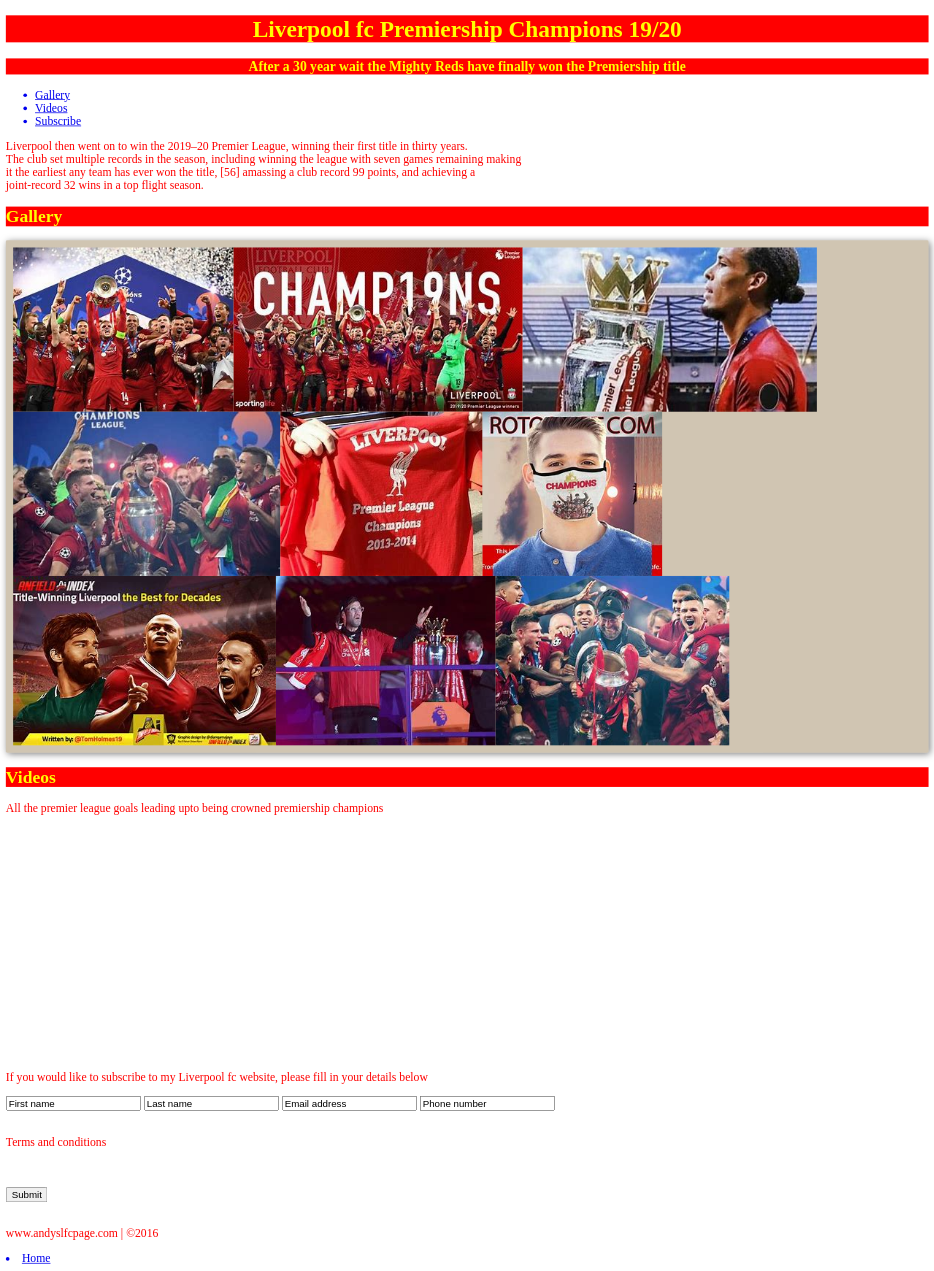
Repository: andyd71/HTML_and_CSS
Page: one_page_website/One_Page_Website.html
An editor plug-in stored every save of this project. The page is shown before and after the next save, followed by the edit.
The browser window is 1280 px wide. The pictures show the whole page, at 73% of full size.
Pictures or frames that could not be fetched are drawn as grey boxes.

Above is the page before, as saved 2020-10-09 13:07:33.

### one_page_website/One_Page_Website.html
<!DOCTYPE html>
<html lang="en">
<head>
<meta charset="utf-8">
<title>My LFC webpage</title>
<link rel = "stylesheet" type = "text/CSS" href = "./css/One_Page_Website.css">
</head>
<body>
<div id="home">
<header>
<h1>Liverpool fc Premiership Champions 19/20 </h1>
<h3>After a 30 year wait the Mighty Reds have finally won the Premiership title</h3>
</header>
<!--NAV-->

</div>
<div>
<ul>
<a href="#gallery"><li>Gallery</li>
<a href="#videos"><li>Videos</li>
<a href="#subscription"><li>Subscribe</li></a>
</ul>
</div>
<!--END NAV-->
<!--HOME-->
<div id="home">
<p>Liverpool then went on to win the 2019–20 Premier League, winning their first title in thirty years.<br>
 The club set multiple records in the season, including winning the league with seven games remaining making<br>
 it the earliest any team has ever won the title, [56] amassing a club record 99 points, and achieving a <br>
 joint-record 32 wins in a top flight season.</p>
 </div>
 <!--END HOME-->
 <!--GALLERY-->
 <h2>Gallery</h2>
 <div id="gallery">
    <div id="flex-container">

 <img src="./images/lfc1.jpeg" alt="lfc celebrations"></img><br>
 <img src="./images/lfc2.jpeg" alt="lfc celebrations2"></img><br>
 <img src="./images/lfc3.jpeg" alt="van dyk and trophy"></img><br>
 <img src="./images/lfc4.jpeg" alt="jurgen klopp"></img><br>
 <img src="./images/lfc5.jpeg" alt="lfc t shirt"></img><br>
 <img src="./images/lfc6.jpeg" alt="lfc face mask"></img><br>
 <img src="./images/lfc7.jpeg" alt="lfc trio"></img><br>
 <img src="./images/lfc8.jpeg" alt="jurgen klopp 2"></img><br>
 <img src="./images/lfc9.jpeg" alt="jurgen klopp 3"></img><br>
</div>
</div>
 <!--END GALLERY-->
 <!--VIDEO-->
 <div id="videos">
 <h2>Videos</h2>
 <p>All the premier league goals leading upto being crowned premiership champions</p>
 <iframe width="560" height="315" src="https://www.bing.com/videos/search?q=lfc+premier+league+champions&&view=detail&mid=1A960A4E3B330AA705841A960A4E3B330AA70584&&FORM=VRDGAR&ru=%2Fvideos%2Fsearch%3Fq%3Dlfc%2Bpremier%2Bleague%2Bchampions%26qs%3DAS%26form%3DQBVLPG%26sp%3D1%26pq%3Dlfc%2Bpremier%26sc%3D8-11%26cvid%3DD1CF79B54EFC4960A0E7F0BA9E0FD3FC" frameborder="0" allow="accelerometer; encrypted-media; gyroscope; picture-in-picture" allowfullscreen></iframe>
 </div>
<!--END VIDEO-->
<!--SUBSCRIPTION-->
<div id="subscription">
<p>If you would like to subscribe to my Liverpool fc website, please fill in your details below</p>

<form action="" method="post">
<input class="subscription" type="text" value="First name">
<input class="subscription" type="text" value="Last name">
<input class="subscription" type="text" value="Email address">
<input class="subscription" type="text" value="Phone number"><br><br>
<label class="terms"><p>Terms and conditions</p></label><br><br>
<input type="submit" value="Submit"><br><br>
</form>
</div>
<!--END SUBSCRIPTION-->

<!--FOOTER-->
<footer>
<div>
<p>www.andyslfcpage.com&nbsp;|&nbsp;&copy;2016</p>


</div>
<a href="#home" id="link"><li>Home</li>
</footer>
<!--END FOOTER-->

### one_page_website/css/One_page_website.css
h1 {
	color : yellow;
	text-align : center;
	font-weight : bold;
	background : red;
}
h3 {
	color : yellow;
	text-align : center;
	background : red;
}
h2 {
	color : yellow;
	background : red;
}
p  {
	color : red

}

#flex-container {
	display: -webkit-flex;
    display: flex;
    flex-wrap: wrap;
    padding: 10px;
    border-radius: 2px;
	margin: 0px auto;
	background-color: rgba(100, 65, 0, .3);
    box-shadow: 2px 2px 10px 0 rgba(0, 0, 0, 0.5);
}

.flex-container img {
	border: 3px solid red;
	width: 260px;
	height: 180px;
	border-radius: 8px;
}

After the next save:
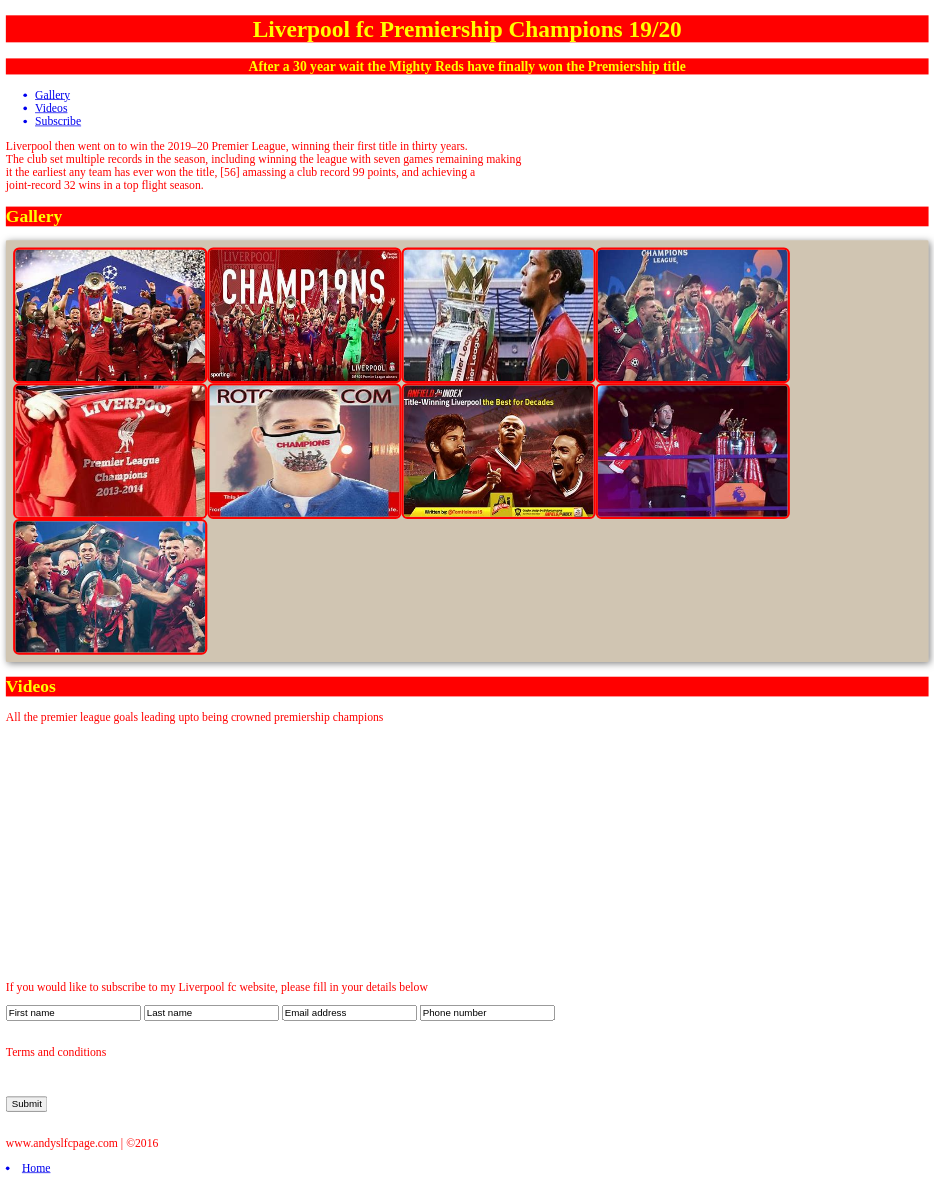
Saved 30 s later.
--- a/one_page_website/css/One_page_website.css
+++ b/one_page_website/css/One_page_website.css
@@ -29,7 +29,7 @@
     box-shadow: 2px 2px 10px 0 rgba(0, 0, 0, 0.5);
 }
 
-.flex-container img {
+#flex-container img {
 	border: 3px solid red;
 	width: 260px;
 	height: 180px;
